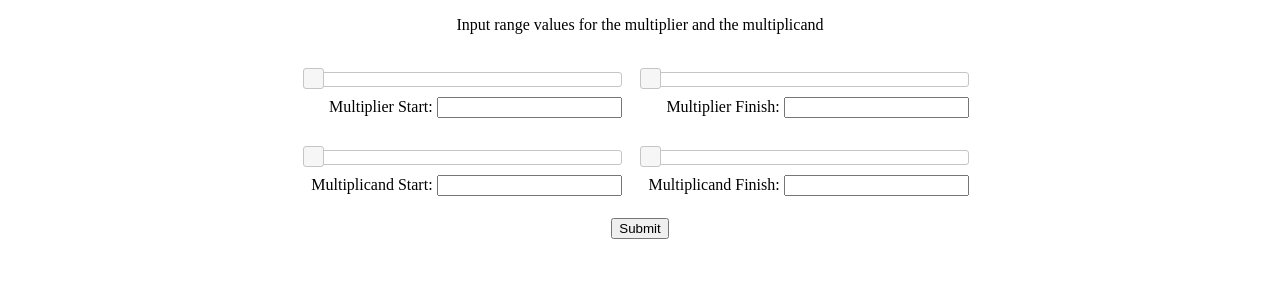
Repository: khrasna/HW4Part2
Page: index.html
These files come from the project's save history. The page is drawn as it stood at one moment and after the next save; the edit follows.
The browser window is 1280 px wide. The pictures show the whole page.
Some web libraries are served in a nearby version.

Above is the page before, as saved 2021-11-13 16:27:43.

After the next save:
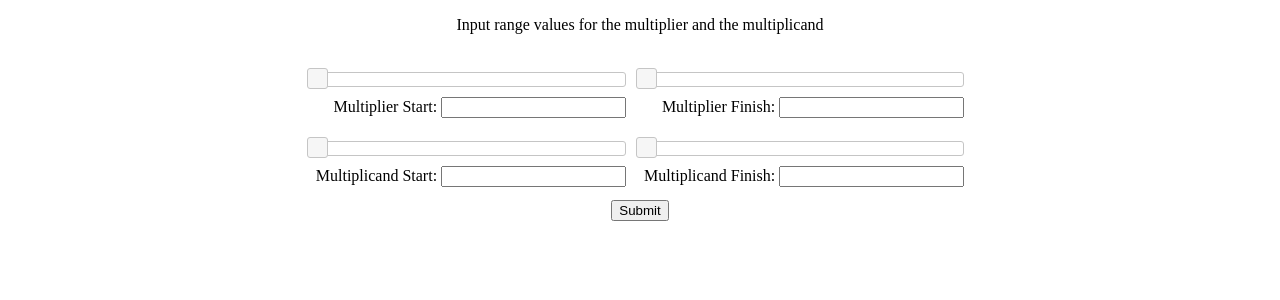
Saved 10 s later.
--- a/style.css
+++ b/style.css
@@ -97,7 +97,7 @@ table {
 form td {
     text-align: right;
     justify-content: right;
-    padding: 10px;
+    padding-top: 10px;
 
     /*line up the input form textboxes*/
 }
